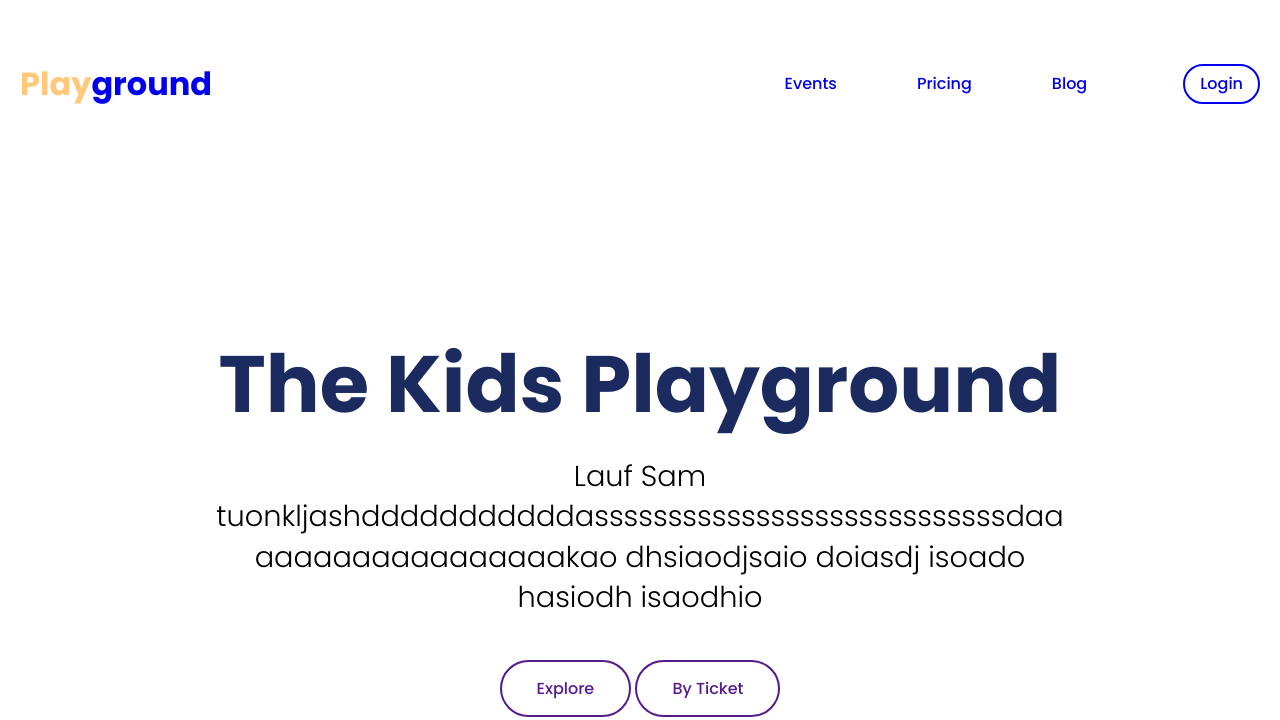
Repository: lausamtuong/Cut-psd-to-html
Page: index.html
An editor plug-in stored every save of this project. The page is shown before and after a run of saves, followed by the edit.
The browser window is 1280 px wide. The pictures show the whole page.
The style sheet was rebuilt from its Sass, Less or Tailwind sources for each picture, by a compiler version that may differ from the author's.

Above is the page before, as saved 2021-12-06 16:00:27.

### index.html
<!DOCTYPE html>
<html lang="en">
<head>
    <meta charset="UTF-8">
    <meta http-equiv="X-UA-Compatible" content="IE=edge">
    <meta name="viewport" content="width=device-width, initial-scale=1.0">

    <title>Document</title>
    <link rel="stylesheet" href="style.css">
    <link rel="stylesheet" href="reset.css">
    <link href="https://fonts.googleapis.com/css2?family=Lato:ital,wght@1,700;1,900&family=Poppins:wght@300;500;700&display=swap" rel="stylesheet">

</head>
<body>
    <div class="wrapper">
        <header class="header">
            <div class="container header__iner">
                <a href="index.html" class="logo">
                    <span class="logo__text">Play</span>ground
                </a>
                <nav class="header__menu">
                    <ul class="header__menu-list">
                        <li class="header__menu-item">
                            <a href="#" class="header__menu-link">Events</a>
                        </li>
                        <li class="header__menu-item">
                            <a href="#" class="header__menu-link">Pricing</a>
                        </li>
                        <li class="header__menu-item">
                            <a href="#" class="header__menu-link">Blog</a>
                        </li>
                        <li class="header__menu-item">
                            <a href="#" class="header__menu-link header__menu-login">Login</a>
                        </li>
                    </ul>
                </nav>
            </div>
        </header>
        <section class="banner">
            <div class="container">
                <h1 class="banner__headding">
                    The Kids Playground
                </h1>
                <p class="banner__decs">Lauf Sam tuonkljashdddddddddddassssssssssssssssssssssssssssdaaaaaaaaaaaaaaaaaakao dhsiaodjsaio doiasdj isoado hasiodh isaodhio</p>
                <div class="banner__buttons">
                    <a href="" class="btn btn--rounded">Explore</a>
                    <a href="" class="btn btn--rounded btn--primari">By Ticket</a>
                </div>
            </div>
        </section>
    </div>
</body>
</html>

### reset.css
/* http://meyerweb.com/eric/tools/css/reset/
   v2.0 | 20110126
   License: none (public domain)
*/

html, body, div, span, applet, object, iframe,
h1, h2, h3, h4, h5, h6, p, blockquote, pre,
a, abbr, acronym, address, big, cite, code,
del, dfn, em, img, ins, kbd, q, s, samp,
small, strike, strong, sub, sup, tt, var,
b, u, i, center,
dl, dt, dd, ol, ul, li,
fieldset, form, label, legend,
table, caption, tbody, tfoot, thead, tr, th, td,
article, aside, canvas, details, embed,
figure, figcaption, footer, header, hgroup,
menu, nav, output, ruby, section, summary,
time, mark, audio, video {
	margin: 0;
	padding: 0;
	border: 0;
	font-size: 100%;
	font: inherit;
	vertical-align: baseline;
    font-family: "Poppins",sans-serif;
}
/* HTML5 display-role reset for older browsers */
article, aside, details, figcaption, figure,
footer, header, hgroup, menu, nav, section {
	display: block;
}
body {
	line-height: 1;
}
ol, ul {
	list-style: none;
}
blockquote, q {
	quotes: none;
}
blockquote:before, blockquote:after,
q:before, q:after {
	content: '';
	content: none;
}
table {
	border-collapse: collapse;
	border-spacing: 0;
}

### style.scss
$primary-color:#ffc87a;
$text-color:#1b2b5f;
a{
    text-decoration: none;
}
.container{
    padding: 0 20px;
    max-width: 1500px;

    margin: 0 auto;

}
.header{
    padding-top: 4rem;
    &__iner{
        display: flex;
        justify-content:space-between;
        align-items: center;

    }
    &__menu{
        &-list{
        display: flex;
        align-items: center;
        }
        &-item{
            margin-left: 5rem;
            &:last-child{
                margin-left: 6rem;
            }
        }
        &-link{
            font-size: 16px;
            &:hover{
                color:$primary-color;
                transition:  0.3s linear;
            }
        }
        &-login{
            padding: 10px 15px;
            display:inline-block;
            border:2px solid;
            border-radius: 100rem;
        }
    }
}
.logo{
font-size: 2rem;
font-weight: 600;
&:focus{
    color: $text-color;
}
&__text{
    color:$primary-color
}
}
.banner{
    padding-top:15rem;
    max-width: 900px;
    margin: 0 auto;
    text-align: center;
    &__headding{
        font-size: 5rem;
        color:$text-color;
        font-weight: 900;
        margin-bottom: 2rem;

    }
    &__decs{
        font-size: 1.8rem;
        font-weight: 300;
        line-height: 1.4;
        word-break: break-word;
        margin-bottom: 4rem;
    }
}
.btn{
    padding:15px 35px;
    border: 2px solid currentColor;
    border-radius: 50px;
    cursor: pointer
    ;
}

After the next 3 saves:
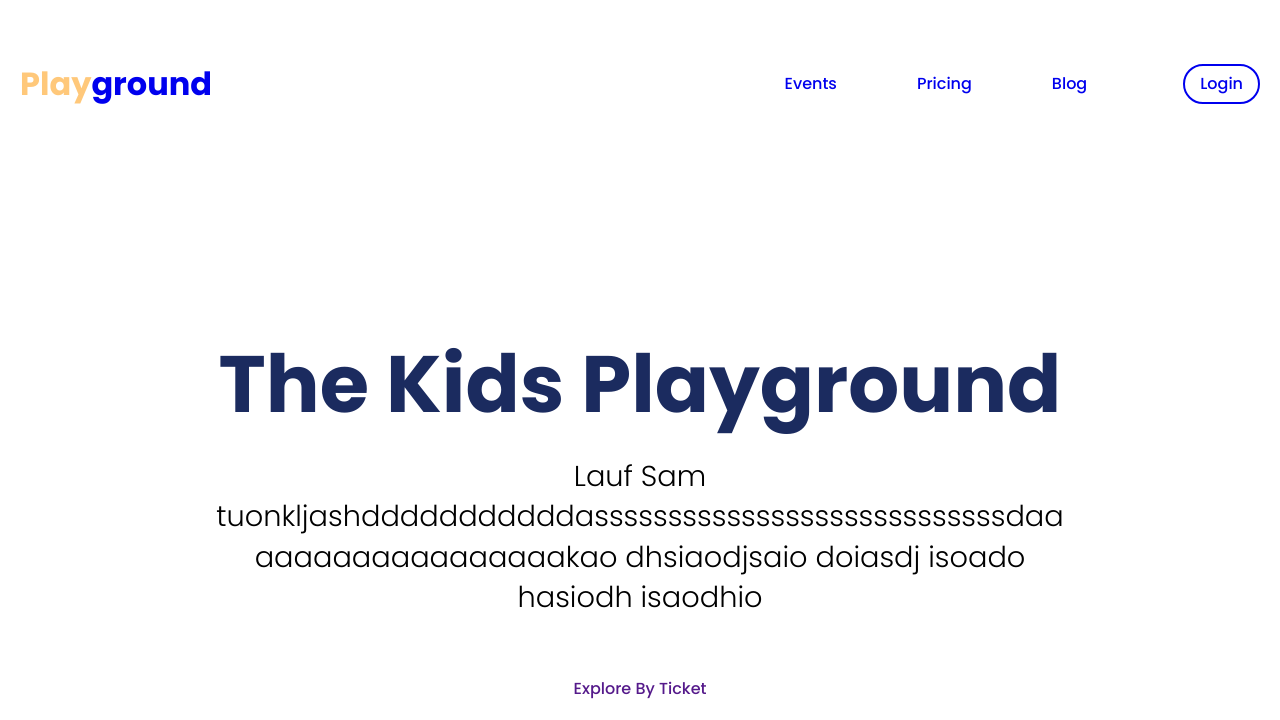
The 3 saves are shown as one change because they came seconds apart.
The last was saved 11 s later.
--- a/style.scss
+++ b/style.scss
@@ -75,9 +75,5 @@
     }
 }
 .btn{
-    padding:15px 35px;
-    border: 2px solid currentColor;
-    border-radius: 50px;
-    cursor: pointer
-    ;
+    outline: none;
 }
